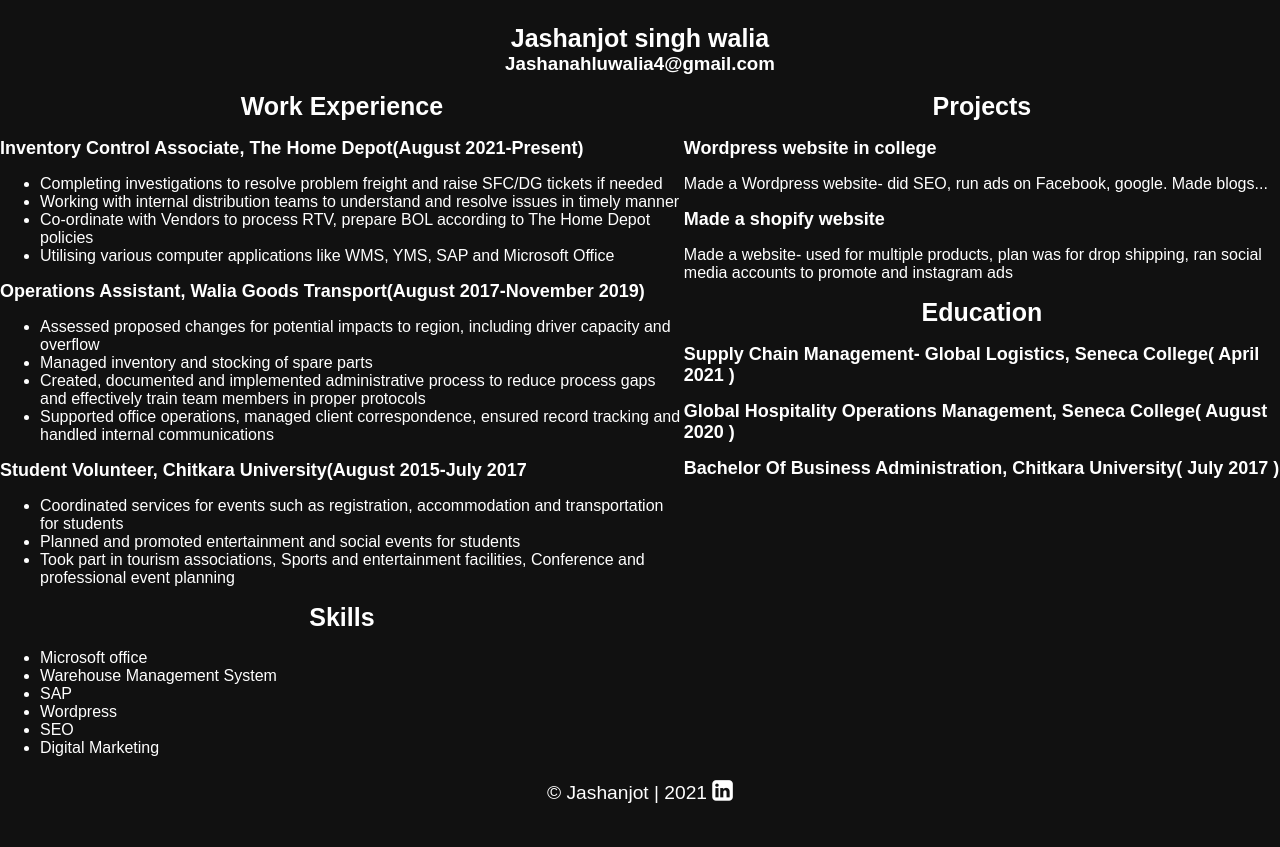
Repository: jashn13/portfolio
Page: index.html
An editor plug-in stored every save of this project. The page is shown before and after a run of saves, followed by the edit.
The browser window is 1280 px wide. The pictures show the whole page.

Above is the page before, as saved 2021-11-13 08:39:32.

After the next 2 saves:
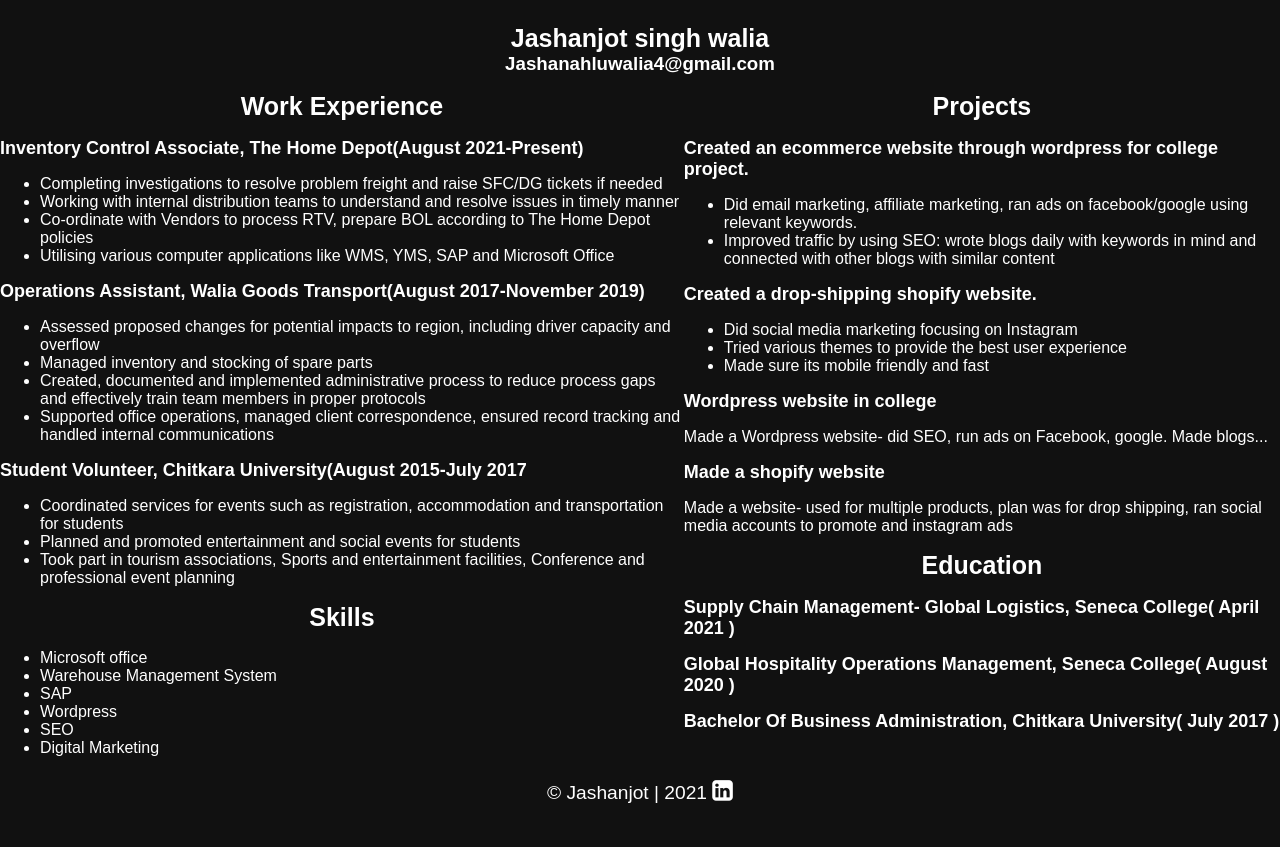
The 2 saves are shown as one change because they came seconds apart.
The last was saved 17 min 50 s later.
--- a/index.html
+++ b/index.html
@@ -126,7 +126,28 @@
 
       <div class="split right">
         <h1>Projects</h1>
+        <h2>
+          Created an ecommerce website through wordpress for college project.
+        </h2>
+        <ul>
+          <li>
+            Did email marketing, affiliate marketing, ran ads on facebook/google
+            using relevant keywords.
+          </li>
+          <li>
+            Improved traffic by using SEO: wrote blogs daily with keywords in
+            mind and connected with other blogs with similar content
+          </li>
+        </ul>
+
+        <h2>Created a drop-shipping shopify website.</h2>
+        <ul>
+          <li>Did social media marketing focusing on Instagram</li>
+          <li>Tried various themes to provide the best user experience</li>
+          <li>Made sure its mobile friendly and fast</li>
+        </ul>
         <h2>Wordpress website in college</h2>
+
         <p>
           Made a Wordpress website- did SEO, run ads on Facebook, google. Made
           blogs...
